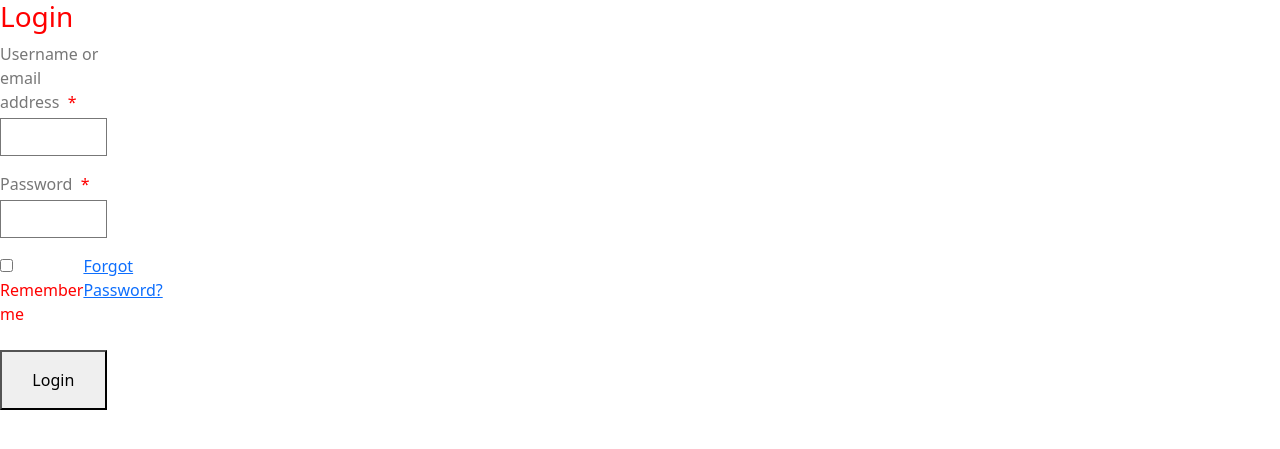
Repository: NguyenDo13/BE2-NhomH
Page: module-20,21/index.html
The author's editor kept a copy of each file at every save. The page is drawn from the files as they stood at one save, then again after a run of saves.
The browser window is 1280 px wide. The pictures show the whole page.

Above is the page before, as saved 2022-05-21 07:34:09.

After the next 4 saves:
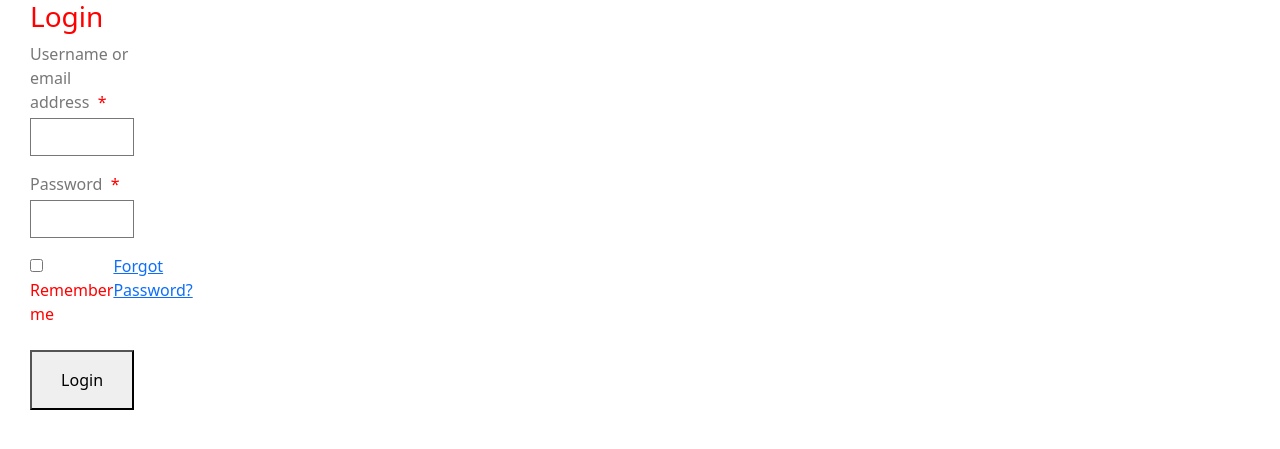
The 4 saves are shown as one change because they came seconds apart.
The last was saved 16 s later.
--- a/module-20,21/index/public/css/style.css
+++ b/module-20,21/index/public/css/style.css
@@ -24,6 +24,7 @@
 
 .u-columns {
     color: red !important;
+    padding-left: 30px;
 }
 
 body {}
